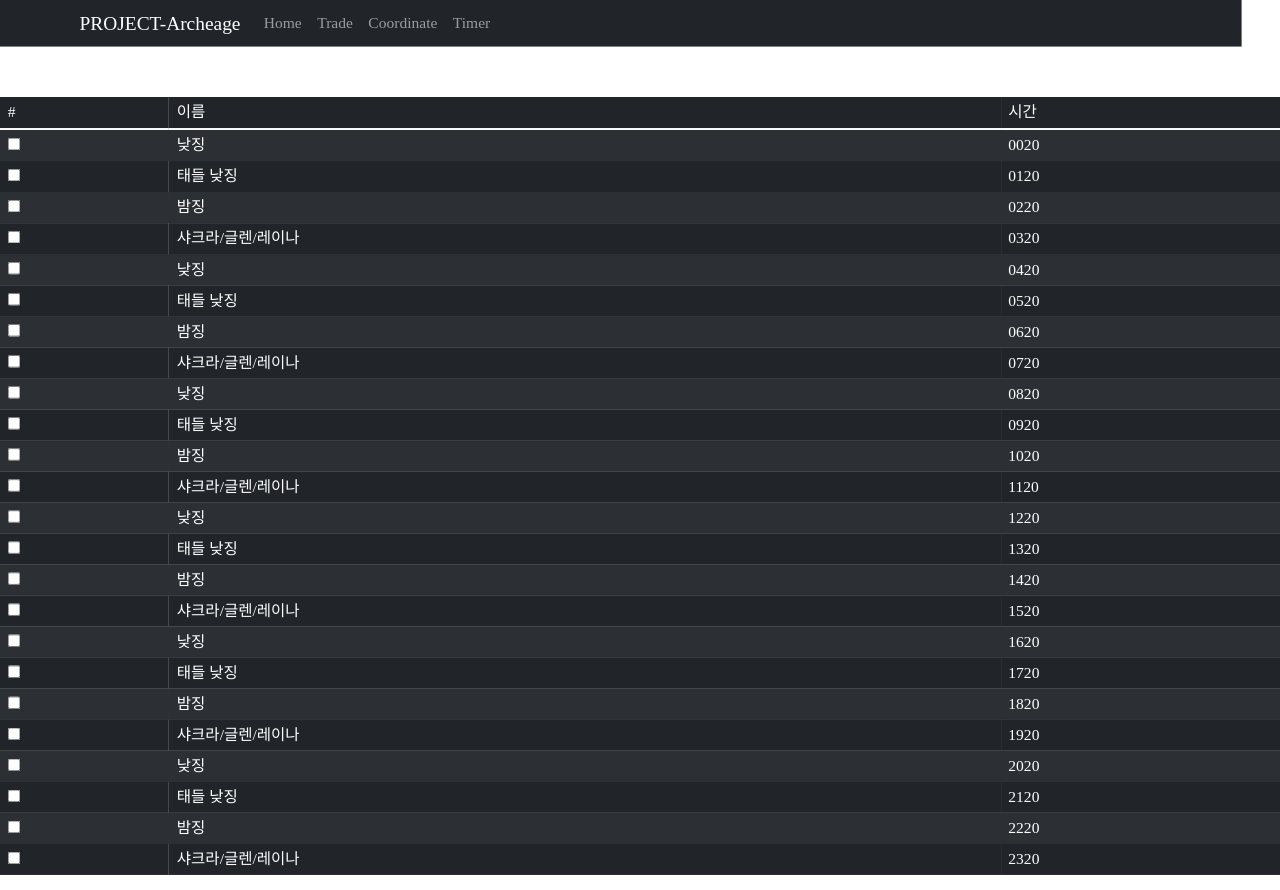
Repository: minsang98/project-archeage
Page: /timer
An editor plug-in stored every save of this project. The page is shown before and after the next save, followed by the edit.
The browser window is 1280 px wide. The page is 1320 px wide, so the pictures cover 1320 px, including what lies to the right of the window. The pictures show the whole page, at 97% of full size.
The project was rebuilt for these pictures with package versions that can differ from the ones it lists, and the page was loaded fresh each time. Imported but missing from the stored project, and not drawn on this page: src/components/Timer/lol.mp3.

Above is the page before, as saved 2022-01-12 20:52:38.

### src/components/Navigation.js
import React from 'react';
import { Navbar, Container, Nav } from 'react-bootstrap';
import { Link } from 'react-router-dom';

const Navigation = () => {
  return (
    /* NAVIGATION COMPONENT */
    <Navbar bg="dark" variant="dark">
      <Container>
        <Navbar.Brand href="#home">PROJECT-Archeage</Navbar.Brand>
        <Nav className="me-auto">
          <Nav.Link to="/" as={Link}>
            Home
          </Nav.Link>
          <Nav.Link to="/trade" as={Link}>
            Trade
          </Nav.Link>
          <Nav.Link to="/coordinate" as={Link}>
            Coordinate
          </Nav.Link>
          <Nav.Link to="/timer" as={Link}>
            Timer
          </Nav.Link>
        </Nav>
      </Container>
    </Navbar>
  );
};

export default Navigation;

### src/components/Loading.js
import React from 'react';
import { Spinner } from 'react-bootstrap';

const Loading = () => {
  return (
    /* LOADING COMPONENT */
    <Spinner animation="border" role="status">
      <span className="visually-hidden">Loading...</span>
    </Spinner>
  );
};

export default Loading;

### src/container/TimerContainer.js
import React from 'react';
import styled from 'styled-components';

import Timer from '../components/Timer/Timer';

const Container = styled.div`
  padding-top: 3.25rem;
  margin: auto;
  width: 1320px;
`;
const TimerContainer = () => {
  return (
    <Container>
      <Timer />
    </Container>
  );
};

export default TimerContainer;

### src/components/Timer/Timer.js
import React from 'react';
import styled from 'styled-components';

import sound from './lol.mp3';
import schedule from './schedule.js';

import { Table } from 'react-bootstrap';

function raidFunc(name) {
  return schedule
    .filter((v) => v.name === name)[0]
    .time.map((v) => {
      return { name: name, time: v };
    });
}
const Container = styled.div`
  display: flex;
  justify-content: center;
`;
const Timer = () => {
  const audio = new Audio(sound);
  // audio.play();
  const cr = raidFunc('낮징');
  const gr = raidFunc('밤징');
  const raid = raidFunc('샤크라/글렌/레이나');
  const riftRaid = [...cr, ...gr, ...raid];
  riftRaid.sort((a, b) => a.time - b.time);

  const timeNow = new Date();
  console.log(`${timeNow.getHours()}${timeNow.getMinutes()}`);
  return (
    <Container>
      <Table striped bordered hover variant="dark">
        <thead>
          <tr>
            <th>#</th>
            <th>이름</th>
            <th>시간</th>
          </tr>
        </thead>
        <tbody>
          {riftRaid.map((v, i) => (
            <tr key={i}>
              <td>
                <input type="checkbox" />
              </td>
              <td>
                {['0120', '0520', '0920', '1320', '1720', '2120'].includes(
                  v.time,
                )
                  ? '태들 낮징'
                  : v.name}
              </td>
              <td>{v.time}</td>
            </tr>
          ))}
        </tbody>
      </Table>
    </Container>
  );
};

export default Timer;

### src/components/Timer/schedule.js
/* eslint-disable import/no-anonymous-default-export */
export default [
  {
    id: 0,
    name: '낮징',
    location: ['이니스테르', '십자별 평원', '태양의 들녘'],
    compensation: [],
    time: [
      '0020',
      '0120',
      '0420',
      '0520',
      '0820',
      '0920',
      '1220',
      '1320',
      '1620',
      '1720',
      '2020',
      '2120',
    ],
  },
  {
    id: 1,
    name: '밤징',
    location: ['이니스테르', '십자별 평원'],
    compensation: [],
    time: ['0220', '0620', '1020', '1420', '1820', '2220'],
  },
  {
    id: 2,
    name: '샤크라/글렌/레이나',
    location: ['심연의 입구', '태양의 들녘'],
    compensation: [],
    time: ['0320', '0720', '1120', '1520', '1920', '2320'],
  },
  {
    id: 3,
    name: '황금 평원',
    location: ['인스턴스 / 세력전'],
    compensation: [],
    time: ['0130', '1430', '2030'],
  },
  {
    id: 4,
    name: '붉은 용',
    location: ['인스턴스 / 공격대'],
    compensation: [],
    time: ['0200', '1515', '2115'],
  },
  {
    id: 5,
    name: '카둠',
    location: ['인스턴스 / 공격대'],
    compensation: [],
    time: ['0200', '1515', '2115'],
  },
];

Loaded but not shown: public/index.html (common file); src/index.js (common file); src/index.css (common file); src/App.js (common file); src/reportWebVitals.js (common file); src/App.css (common file)

After the next save:
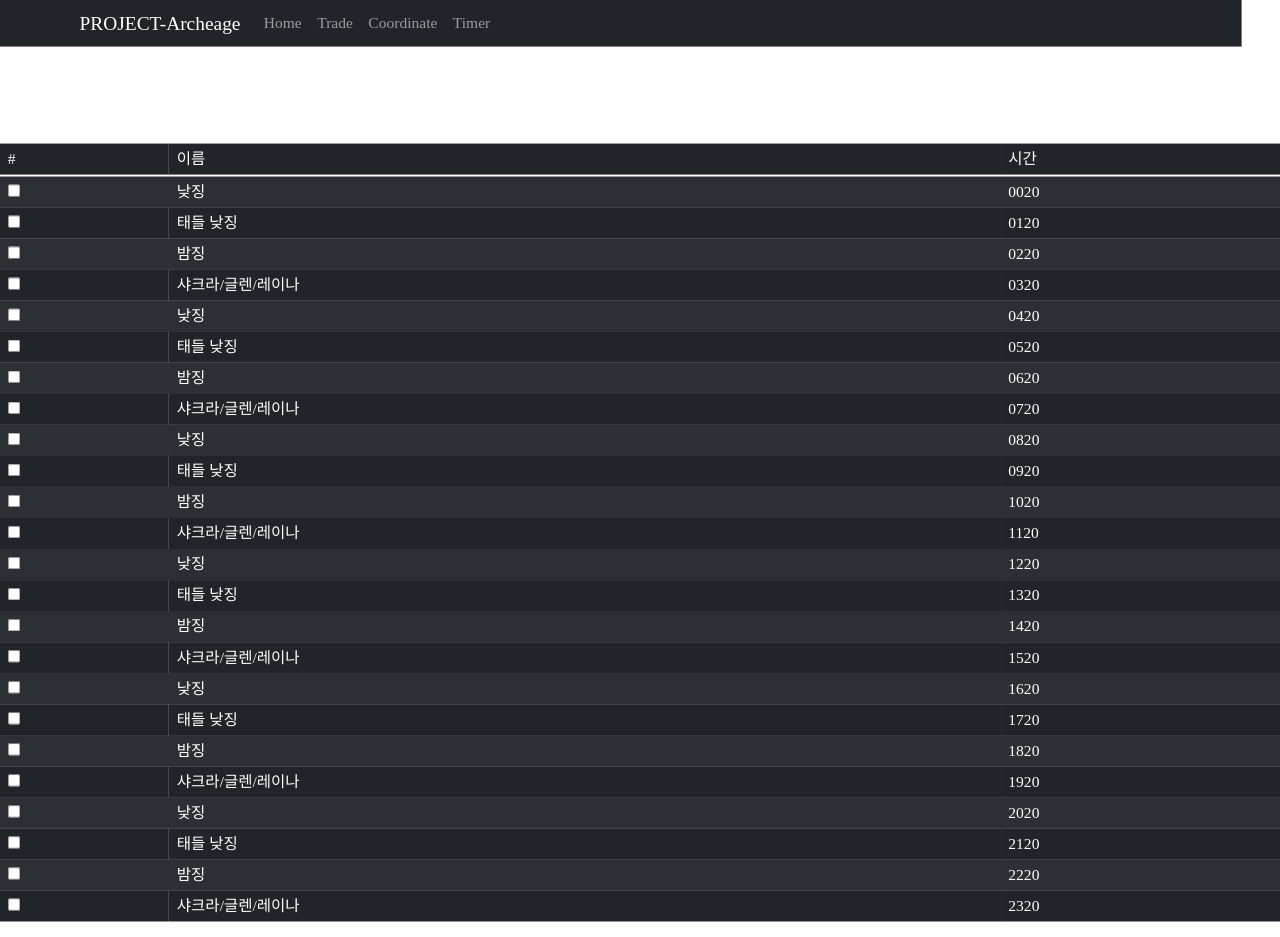
Saved 8 s later.
--- a/src/container/TimerContainer.js
+++ b/src/container/TimerContainer.js
@@ -4,7 +4,7 @@ import styled from 'styled-components';
 import Timer from '../components/Timer/Timer';
 
 const Container = styled.div`
-  padding-top: 3.25rem;
+  padding-top: 6.25rem;
   margin: auto;
   width: 1320px;
 `;
